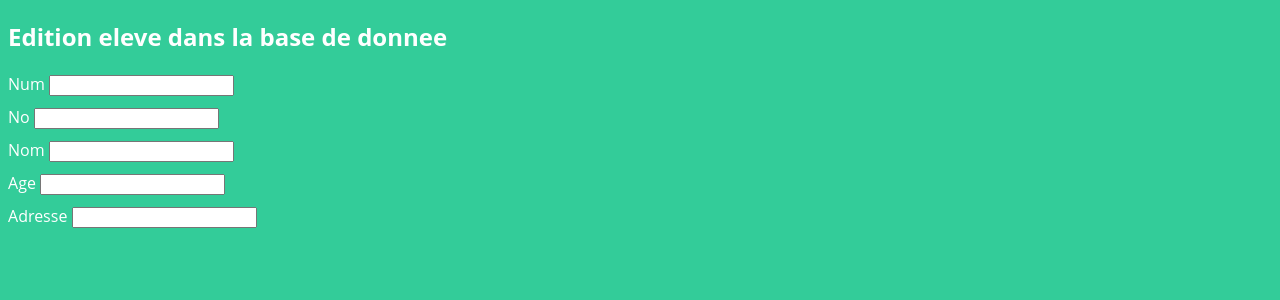
Repository: BlacKKalypso/jee-projet-workspace
Page: http://localhost/InterfaceEcole/views/eleves/edit.jsp
An editor plug-in stored every save of this project. The page is shown before and after the next save, followed by the edit.
The browser window is 1280 px wide. The pictures show the whole page.
The page is served by Tomcat 9. Other server files are loaded and not shown.

Above is the page before, as saved 2019-04-07 15:33:46.

### InterfaceEcole/WebContent/views/eleves/edit.jsp
<%@ page language="java" contentType="text/html; charset=ISO-8859-1"
    pageEncoding="ISO-8859-1"%>
<!DOCTYPE html>
<html>
<head>
<meta charset="ISO-8859-1">
<style>
body {
	background: #33cc99;
	color: #fff;
	font-family: 'Open Sans', sans-serif;
}

div{
margin: 10px auto;
}
</style>
<title>Edition eleve</title>
</head>
<body>
<h2>Edition eleve dans la base de donnee</h2>
<form method="post" action="" enctype="multipart/form-data">
<div class="form-group">
<label for="name">Num</label>
<input type="text" name="num" id="num" value="" required/>
</div>
</form>
<form method="post" action="" enctype="multipart/form-data">
<div class="form-group">
<label for="name">No</label>
<input type="text" name="num" id="num" value="" required/>
</div>
</form>
<form method="post" action="" enctype="multipart/form-data">
<div class="form-group">
<label for="name">Nom</label>
<input type="text" name="num" id="num" value="" required/>
</div>
</form>
<form method="post" action="" enctype="multipart/form-data">
<div class="form-group">
<label for="name">Age</label>
<input type="text" name="num" id="num" value="" required/>
</div>
</form>
<form method="post" action="" enctype="multipart/form-data">
<div class="form-group">
<label for="name">Adresse</label>
<input type="text" name="num" id="num" value="" required/>
</div>
</form>
</body>
</html>

After the next save:
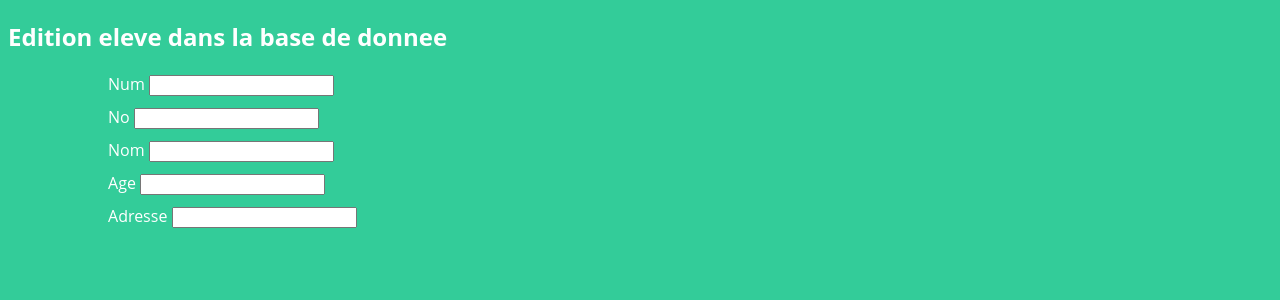
Saved 23 s later.
--- a/InterfaceEcole/WebContent/views/eleves/edit.jsp
+++ b/InterfaceEcole/WebContent/views/eleves/edit.jsp
@@ -12,7 +12,7 @@ body {
 }
 
 div{
-margin: 10px auto;
+margin: 10px 100px;
 }
 </style>
 <title>Edition eleve</title>
